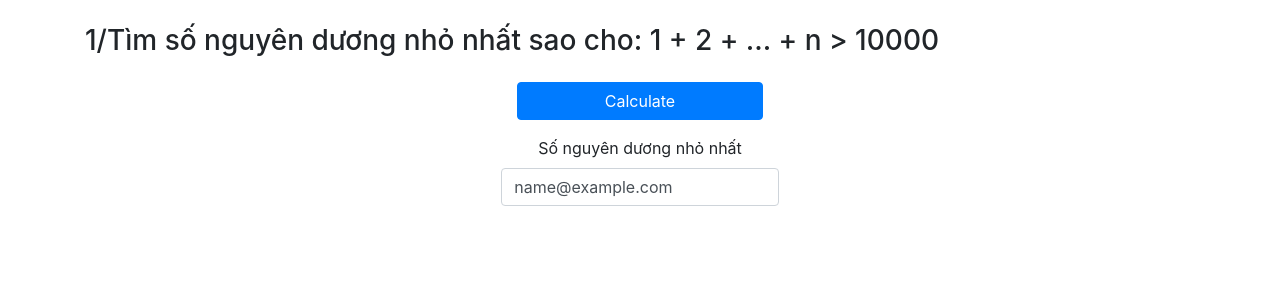
Repository: baobaodeveloper/bootcamp21__loop__HuynhAnhBao
Page: index.html
An editor plug-in stored every save of this project. The page is shown before and after the next save, followed by the edit.
The browser window is 1280 px wide. The pictures show the whole page.
Empty fields were first filled with sample values (such as "Sample", 5 or name@example.com).
After loading, the first visible `#min-number` was clicked once.

Above is the page before, as saved 2022-03-16 23:03:33.

After the next save:
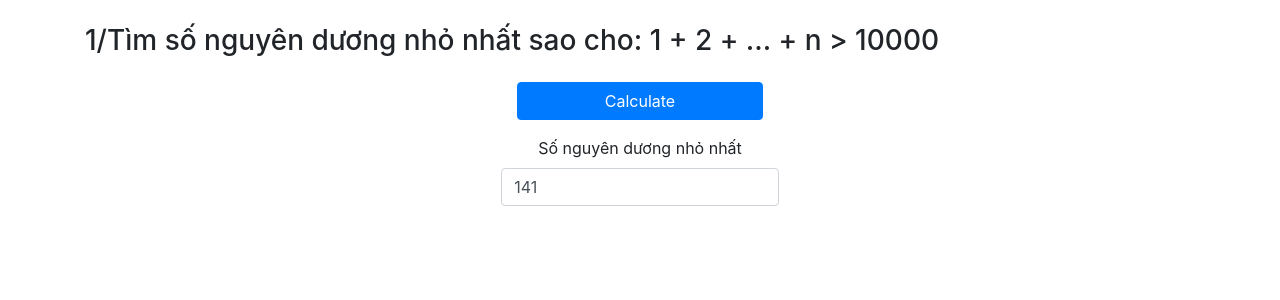
Saved 94 s later.
--- a/exercise1.js
+++ b/exercise1.js
@@ -5,5 +5,5 @@ document.getElementById("min-number").addEventListener("click", () => {
     n++;
     sum += n;
   }
-  console.log(sum, n);
+  document.getElementById("result1").value = n;
 });
